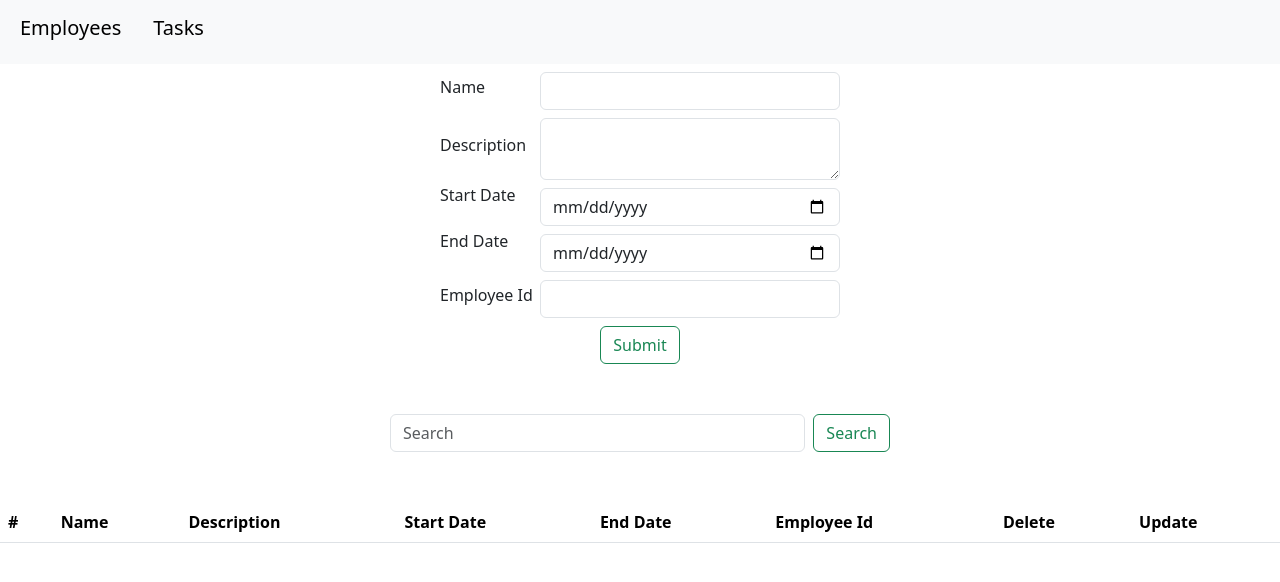
Repository: RaffiBarseghyan/employees
Page: /tasks
These files come from the project's save history. The page is drawn as it stood at one moment and after the next save; the edit follows.
The browser window is 1280 px wide. The pictures show the whole page.
The page's requests for data from a server got no answer. The project was rebuilt for these pictures with package versions that can differ from the ones it lists, and the page was loaded fresh each time. Some packages were replaced by stand-ins written for this rebuild. No one was signed in, and anything a server would have sent is missing. Also part of the build but not shown: src/App.css, src/Pages/Employees/employees.module.scss, src/Pages/UpDel/upDel.module.scss, src/Pages/UpDel/delete.jsx, src/Pages/Employees/employees.jsx, src/Pages/UpDel/update.jsx, src/Pages/UpDel/updateTask.jsx.

Above is the page before, as saved 2023-06-16 01:30:47.

### src/App.jsx
import "./App.css";
import Header from "./Pages/Header/header";
import { BrowserRouter, Routes, Route } from "react-router-dom";
import "bootstrap/dist/css/bootstrap.css";
import Employees from "./Pages/Employees/employees";
import Tasks from "./Pages/Tasks/tasks";
import Update from "./Pages/UpDel/update";
import UpdateTask from "./Pages/UpDel/updateTask";

function App() {
  return (
    <>
      <BrowserRouter>
        <Header />

        <Routes>
          <Route path="/employees" element={<Employees />} />

          <Route path="/tasks" element={<Tasks />} />
          <Route path="/update" element={<Update />} />
          <Route path="/updateTask" element={<UpdateTask />} />
        </Routes>
      </BrowserRouter>
    </>
  );
}

export default App;

### src/Pages/Header/header.jsx
import { Link } from "react-router-dom";
import style from "./header.module.scss";

function Header() {
  return (
    <>
      <nav className="navbar navbar-expand bg-body-tertiary">
        <div className="container-fluid">
          <div className="collapse navbar-collapse">
            <ul className="navbar-nav m mb-2 d-flex justify-content-center">
              <li className="nav-item">
                <Link
                  className={`nav-link navbar-brand active ${style.linkStyle}`}
                  to="/employees"
                >
                  Employees
                </Link>
              </li>
              <li className="nav-item">
                <Link

                  className={`nav-link navbar-brand ${style.linkStyle}`}
                  to="/tasks"
                >
                  Tasks
                </Link>
              </li>
            </ul>
          </div>
        </div>
      </nav>
    </>
  );
}

export default Header;

### src/Pages/Tasks/tasks.jsx
import axios from "axios";
import style from "./tasks.module.scss";
import { useEffect, useState } from "react";
import Delete from "../UpDel/delete";
import { Link } from "react-router-dom";

function Tasks() {
  const [data, setdata] = useState([]);
  const [data2, setdata2] = useState([]);
  const [employeeId, setemployeeId] = useState("");
  const [search, setsearch] = useState("");

  useEffect(() => {
    axios
      .get(`https://rocky-temple-83495.herokuapp.com/employees`)
      .then((res) => {
        const persons = res.data;
        setdata(persons);
      });
  }, []);

  useEffect(() => {
    axios.get(`https://rocky-temple-83495.herokuapp.com/tasks`).then((res) => {
      const persons = res.data;
      setdata2(persons);
    });
  }, []);

  const employeeIdChange = (e) => {
    setemployeeId(e.target.value);
  };

  const searchval = (e) => {
    setsearch(e.target.value);
  };

  const formClk = () => {
    window.location.reload();
  };

  const searchChange = () => {
    axios
      .get(`https://rocky-temple-83495.herokuapp.com/tasks?name_like=${search}`)
      .then((res) => {
        const persons = res.data;
        if (persons.length == 0) {
          axios
            .get(
              `https://rocky-temple-83495.herokuapp.com/tasks?description_like=${search}`
            )
            .then((res) => {
              const persons = res.data;
              if (persons.length == 0) {
                axios
                  .get(
                    `https://rocky-temple-83495.herokuapp.com/tasks?startDate=${search}`
                  )
                  .then((res) => {
                    const persons = res.data;
                    if (persons.length == 0) {
                      axios
                        .get(
                          `https://rocky-temple-83495.herokuapp.com/tasks?endDate=${search}`
                        )
                        .then((res) => {
                          const persons = res.data;
                          setdata2(persons);
                        });
                    } else {
                      setdata2(persons);
                    }
                  });
              } else {
                setdata2(persons);
              }
            });
        } else {
          setdata2(persons);
        }
      });
  };

  return (
    <>
      <iframe
        name="dummyframe"
        id="dummyframe"
        style={{ display: "none" }}
      ></iframe>

      <form
        action="https://rocky-temple-83495.herokuapp.com/tasks"
        method="post"
        target="dummyframe"
        className={`${style.employeeForm} container`}
      >
        <label htmlFor="name">
          Name
          <input
            className="form-control mt-2 "
            type="text"
            id="name"
            name="name"
          />
        </label>
        <label htmlFor="description">
          Description
          <textarea
            name="description"
            id="description"
            className="form-control mt-2"
          ></textarea>
        </label>
        <label htmlFor="startDate">
          <p>Start Date </p>
          <input
            className="form-control mt-2"
            type="date"
            id="startDate"
            name="startDate"
            placeholder="startDate"
          />
        </label>
        <label htmlFor="endDate">
          <p> End Date</p>
          <input
            className="form-control mt-2"
            type="date"
            id="endDate"
            name="endDate"
            placeholder="endDate"
          />
        </label>
        <label htmlFor="employeeId">
          Employee Id
          <select
            name="employeeId"
            id="employeeId"
            placeholder="employeeId"
            className="form-control mt-2"
            value={employeeId}
            onChange={employeeIdChange}
          >
            {data.map((item) => {
              return (
                <option
                  key={item.id}
                  name="employeeId"
                  id="employeeId"
                  value={item.id}
                >
                  {item.id}
                </option>
              );
            })}
          </select>
        </label>

        <input
          className="btn btn-outline-success mt-2"
          type="submit"
          value="Submit"
          onClick={formClk}
        />
      </form>
      <div className="d-flex" role="search" style={{ width: "500px", margin:"auto" , marginTop:"50px", marginBottom:"50px" }}>
        <input
          className="form-control me-2"
          type="search"
          placeholder="Search"
          aria-label="Search"
          value={search}
          onChange={searchval}
        />
        <button
          className="btn btn-outline-success"
          type="submit"
          onClick={searchChange}
        >
          Search
        </button>
      </div>
      <table className="table">
        <thead>
          <tr>
            <th scope="col">#</th>
            <th scope="col">Name</th>
            <th scope="col">Description</th>
            <th scope="col">Start Date</th>
            <th scope="col">End Date</th>
            <th scope="col">Employee Id</th>
            <th scope="col">Delete</th>
            <th scope="col">Update</th>
          </tr>
        </thead>
        <tbody>
          {data2.map((item) => {
            return (
              <tr key={item.id} className={`${style.employees} `}>
                <th scope="row">{item.id}</th>
                <td>{item.name}</td>
                <td>{item.description}</td>
                <td>{item.startDate}</td>
                <th>{item.endDate}</th>
                <th>{item.employeeId}</th>

                <th>
                  <Delete
                    id={item.id}
                    url={"https://rocky-temple-83495.herokuapp.com/tasks"}
                  />
                </th>
                <th>
                  <Link to="/updateTask" state={{ from: item }}>
                    <button
                      className={`${style.basketButtonDe} btn btn-success `}
                    >
                      Update
                    </button>
                  </Link>
                </th>
              </tr>
            );
          })}
        </tbody>
      </table>
    </>
  );
}

export default Tasks;

### src/Pages/Tasks/tasks.module.scss
.employeeForm {
  width: 500px;
  display: flex;
  flex-direction: column;
  align-items: center;
  > label {
    width: 400px;
    display: flex;
    align-items: center;
    flex-direction: row;
    > input,
    textarea,
    select {
      width: 300px;
      margin-left: auto;
    }
  }
}

Loaded but not shown: src/index.js (common file); src/index.css (common file); src/reportWebVitals.js (common file); src/Pages/Header/header.module.scss (no stored copy; drawn as an empty file)

After the next save:
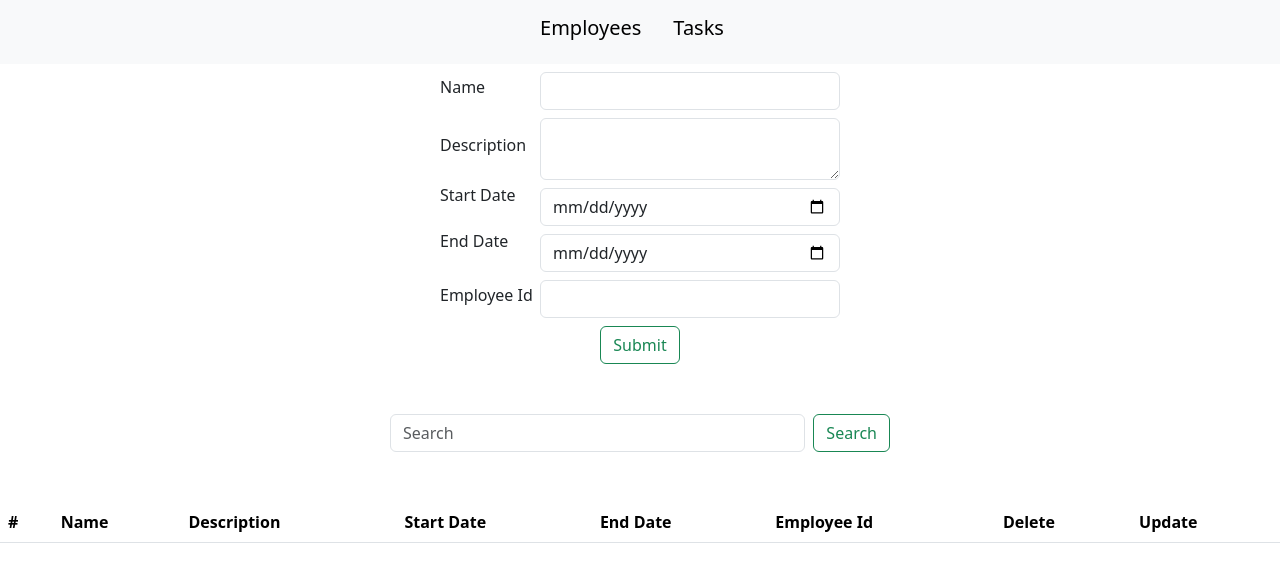
Saved 4 s later.
--- a/src/Pages/Header/header.jsx
+++ b/src/Pages/Header/header.jsx
@@ -7,7 +7,7 @@ function Header() {
       <nav className="navbar navbar-expand bg-body-tertiary">
         <div className="container-fluid">
           <div className="collapse navbar-collapse">
-            <ul className="navbar-nav m mb-2 d-flex justify-content-center">
+            <ul className="navbar-nav m-auto mb-2 d-flex justify-content-center">
               <li className="nav-item">
                 <Link
                   className={`nav-link navbar-brand active ${style.linkStyle}`}
